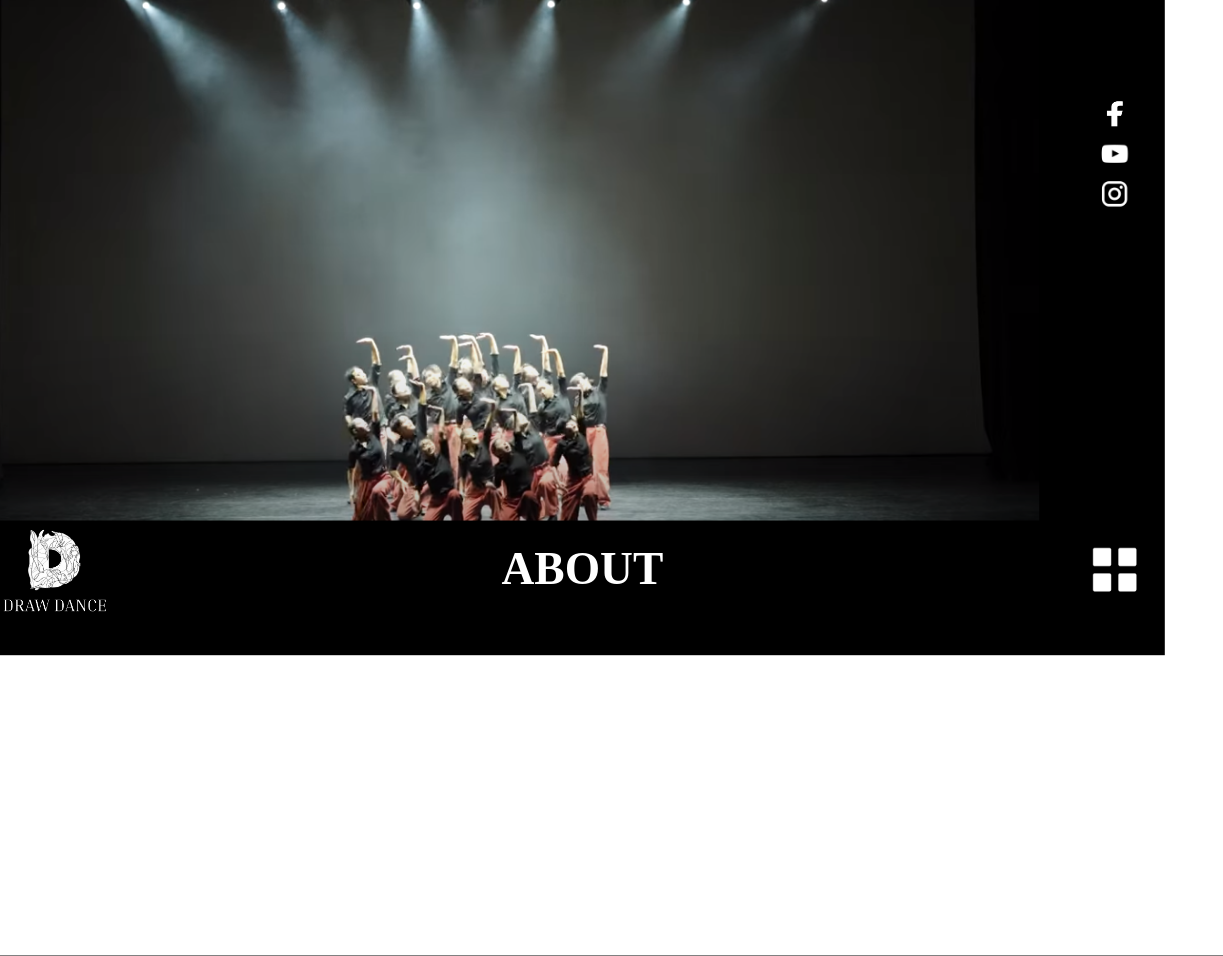
Repository: seonghun9906/semiProject
Page: http://localhost/drawAcademy/WEB-INF/views/headerMenu/about.jsp
An editor plug-in stored every save of this project. The page is shown before and after the next save, followed by the edit.
The browser window is 1280 px wide. The page is 1344 px wide, so the pictures cover 1344 px, including what lies to the right of the window. The pictures show the whole page, at 91% of full size.
The page is served by Tomcat 9. Nobody is signed in. The template is opened directly, without the code that normally fills it, so the values that code supplies are empty.

Above is the page before, as saved 2024-02-26 04:47:14.

After the next save:
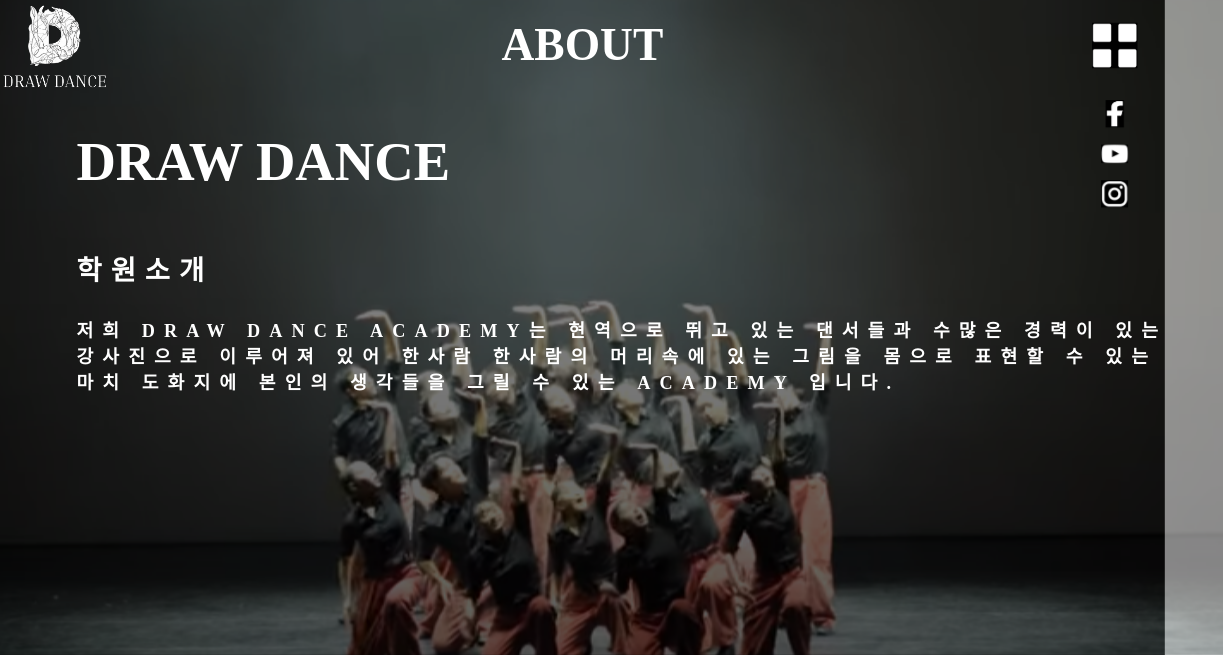
Saved 108 s later.
--- a/drawAcademy/src/main/webapp/WEB-INF/views/headerMenu/about.jsp
+++ b/drawAcademy/src/main/webapp/WEB-INF/views/headerMenu/about.jsp
@@ -14,7 +14,7 @@
 </head>
 <body>
    <div class="bodyMain">
-   <img src="resources/images/demitasse project.PNG">
+   <img src="resources/images/demitasse project.PNG" class=demitasse>
       <div class="title">
          ABOUT
       </div>
